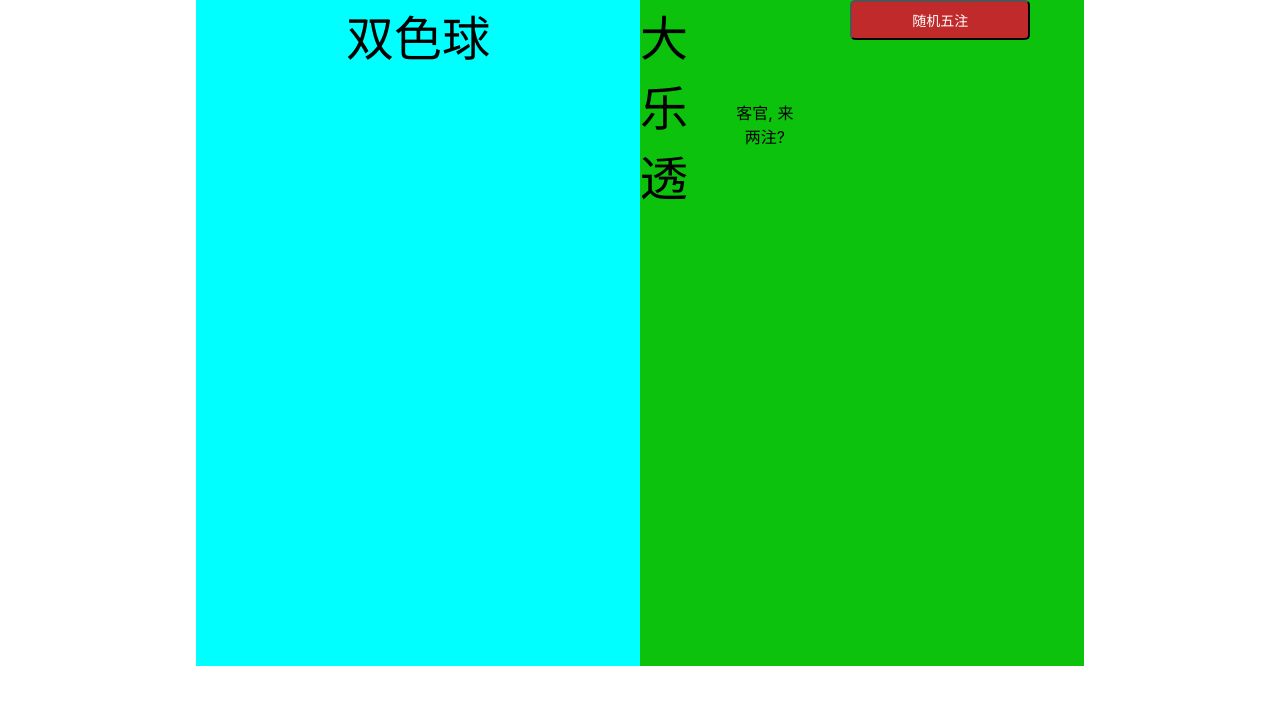
Repository: yz1181214391/caipiao-demo
Page: Cp.html
These files come from the project's save history. The page is drawn as it stood at one moment and after the next save; the edit follows.
The browser window is 1280 px wide. The pictures show the whole page.

Above is the page before, as saved 2020-12-14 10:40:29.

### Cp.html
<!DOCTYPE html>
<html lang="en">
<head>
    <meta charset="UTF-8">
    <meta name="viewport" content="width=device-width, initial-scale=1.0">
    <title>彩票</title>
</head>
<style type="text/css">
    html,body {margin: 0;padding: 0;height: 100%;width: 100%;}
    a {text-decoration: none;}
    body,div,dl,dt,dd,ul,ol,li,h1,h2,h3,h4,h5,h6,pre,form,fieldset,input,textarea,p,blockquote,th,td {margin: 0;padding: 0;}
    table {border-collapse: collapse;border-spacing: 0;}
    fieldset,img {border: 0;}
    address,caption,cite,code,dfn,em,strong,th,var {font-style: normal;font-weight: normal;}
    ol,ul {list-style: none;}
    caption,th {text-align: left;}
    h1,h2,h3,h4,h5,h6 {font-size: 100%;font-weight: normal;}
    q:before,q:after {content: '';}
    abbr,acronym {border: 0;}
    body{
        font-family: "Chinese Quote", -apple-system, BlinkMacSystemFont, "Segoe UI", "PingFang SC", "Hiragino Sans GB", "Microsoft YaHei", "Helvetica Neue", Helvetica, Arial, sans-serif, "Apple Color Emoji", "Segoe UI Emoji", "Segoe UI Symbol";
    }

    .box{
        margin: 0 auto;
        width: 888px;
        height: 666px;
    }
    .cp-flex{
        display: flex;
        flex-direction: row;
        justify-content: center;
    }
    .cp-font{
        font-size: 48px;
        font-family: "Times New Roman", Times, serif;
    }
    .ssq-box{
        width: 100%;
        background-color: aqua;
    }
    .dlt-box{
        width: 100%;
        background-color: rgb(13, 194, 13);
    }

    .content {
        height: 70%;
        padding-top: 100px;
        text-align: center;
    }
    .context {
        margin: 20px 0;
    }
    .context span {
        display: inline-block;
        width: 30px;
        height: 30px;
        line-height: 30px;
        font-size: 14px;
        border-radius: 50%;
        color: #fff;
        background: rgba(192, 42, 42, 1);
        margin-right: 15px;
    }
    .context span:nth-child(5) {
        margin-right: 30px;
    }
    .context span:nth-child(7) {
        margin-right: 0;
    }
    .context span:nth-child(6),.context span:nth-child(7) {
        background: rgba(47, 40, 153, 1);
    }
    .button {
        width: 100%;
    }
    .button input {
        width: 180px;
        height: 40px;
        line-height: 40px;
        display: block;
        margin: 0 auto;
        background: rgba(192, 42, 42, 1);
        color: #fff;
        font: normal 400 14px '微软雅黑';
        border-radius: 5px;
        outline: none;
    }
</style>
<body>
    <div class="box cp-flex">
        <div class="ssq-box cp-flex">
            <h1 class="cp-font">双色球</h1>
        </div>
        <div class="dlt-box cp-flex">
            <h1 class="cp-font">大乐透</h1>
            <div class="content">
                <h3>客官, 来两注?</h3>
            </div>
            <div class="button">
                <input type="button" value="随机五注" onclick="fiveNumStr()">
            </div>
        </div>
    </div>
</body>
<script>
    // 定义 randomNumber方法, 随机输出数组
    function randomNumber(num) {
      // 定义 strArr方法, 生成数组
      function strArr(num) {
          var numberAarry = []
          for (var i = 0; i < num; i++) {
              numberAarry[i] = i + 1
          }
          return numberAarry
      }
      // 获得数组
      var numberAarry = strArr(num)
      // 将数组元素随机排序
      numberAarry.sort(function () {
          return 0.5 - Math.random()
      })
      // 小于10，前面加0
      for (var i = 0; i < numberAarry.length; i++) {
          if (numberAarry[i] < 10) {
              numberAarry[i] = '0' + numberAarry[i]
          } else {
              numberAarry[i] = String(numberAarry[i])
          }
      }
      return numberAarry
  }

    // 用 fiveIsClick 限制用户频繁点击按钮
    var fiveIsClick = true
  function fiveNumStr() {
      if (fiveIsClick) {
          // 设为false, 不可再次点击
          fiveIsClick = false
          var content = document.getElementsByClassName('content')[0]
          var innerText = content.getElementsByClassName('context')
          var ulNode = content.getElementsByTagName('ul')[0]
          // 先删除已创建的ul及其字节点, 再新增
          // 为什么要删除再添加节点呢, 是因为不增删节点只改变数字虽然渲染更快, 但是区别太小, 失去了动态效果
          // 当然, 如果你不需要删除再添加节点也行, 以下代码稍改动一下就好了
          if (ulNode) {
              content.removeChild(ulNode)
          }
          var ul = document.createElement('ul')
          // 用ul节点长度判断是否存在ul
          var ulLength = content.getElementsByTagName('ul').length
          var index = 0
          // 计时器，每隔0.5秒新增一组
          var interval = setInterval(function() {
              index ++
              if (ulLength < 1) {
                  var li = document.createElement('li')
                  li.setAttribute('class','context')
                  ul.appendChild(li)
                  content.appendChild(ul)
                  // 遍历li节点
                  var context = document.getElementsByClassName('context')[index - 1]
                  // 得到顺序被打乱的前区35个数字数组
                  var randomLeft = randomNumber(35)
                  // 大乐透前区数组
                  var leftNum = [randomLeft[0], randomLeft[1], randomLeft[2], randomLeft[3], randomLeft[4]]
                  // 从小到大排序
                  leftNum.sort(function (a, b) {
                      return a - b
                  })
                  // 得到顺序被打乱的后区12个数字数组
                  var randomRight = randomNumber(12)
                  // 大乐透后区数组
                  var rightNum = [randomRight[0], randomRight[1]]
                  rightNum.sort(function (a, b) {
                      return a - b // 从小到大排序
                  })
                  // 节点模版，用于给每个球添加样式
                  var spanNode = "<span>" + leftNum[0] + "</span>" + "<span>" + leftNum[1] + "</span>" + "<span>" + leftNum[2] + "</span>"
                      + "<span>" + leftNum[3] + "</span>" + "<span>" + leftNum[4] + "</span>" + "<span>" + rightNum[0] + "</span>" + "<span>" + rightNum[1] + "</span>"
                  // 节点已添加，再添加spanNode节点模版
                  context.innerHTML = spanNode
                  // li节点数量达到5个，就停止计时器
                  if (index >= 5) {
                      clearInterval(interval)
                  }
              }
          }, 500)
          // 阻止按钮重复点击，间隔3秒
          setTimeout(function() {
              fiveIsClick = true
          }, 3000)
      }
  }
</script>
</html>

After the next save:
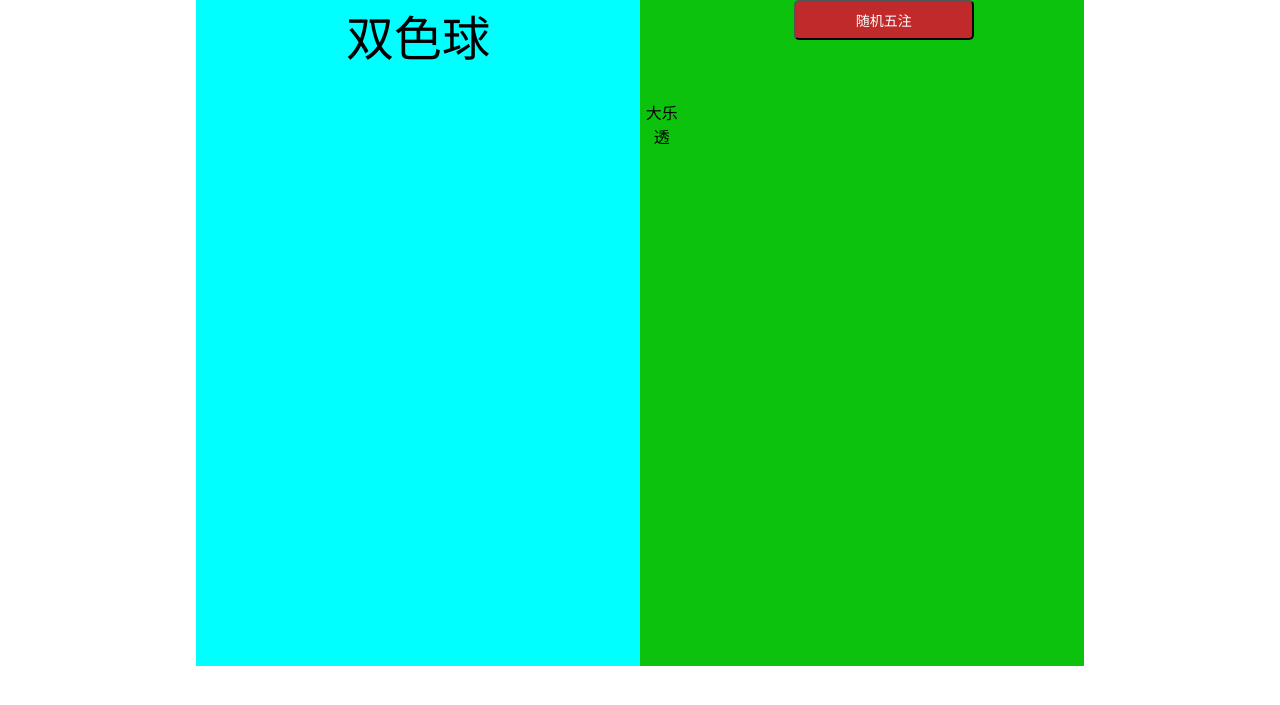
Saved 40 s later.
--- a/Cp.html
+++ b/Cp.html
@@ -94,9 +94,9 @@
             <h1 class="cp-font">双色球</h1>
         </div>
         <div class="dlt-box cp-flex">
-            <h1 class="cp-font">大乐透</h1>
+            <h1 class="cp-font"></h1>
             <div class="content">
-                <h3>客官, 来两注?</h3>
+                <h3>大乐透</h3>
             </div>
             <div class="button">
                 <input type="button" value="随机五注" onclick="fiveNumStr()">
